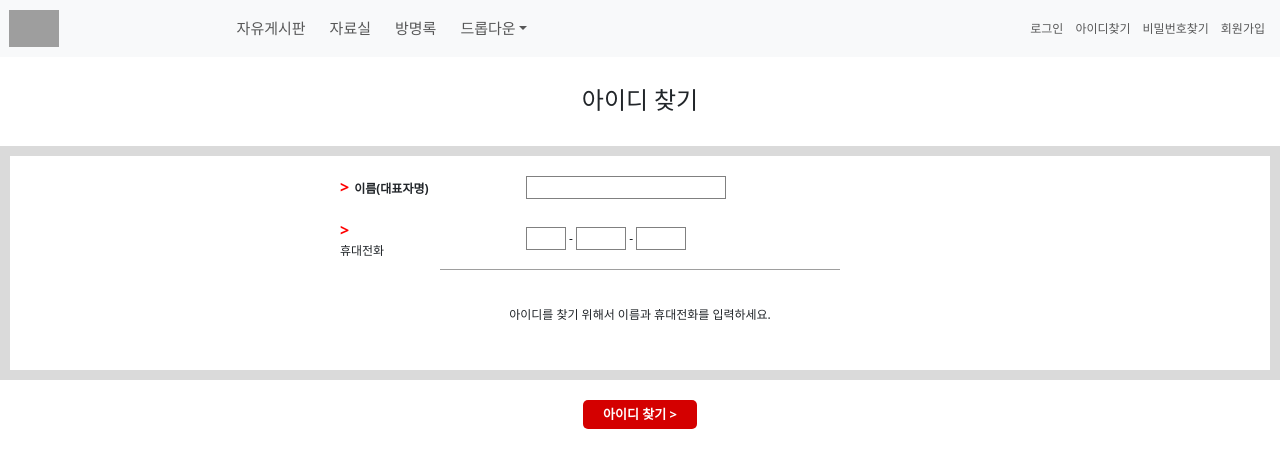
Repository: lim-eun-a/Project
Page: http://localhost/Project/06Session/IdForm.jsp
These files come from the project's save history. The page is drawn as it stood at one moment and after the next save; the edit follows.
The browser window is 1280 px wide. The pictures show the whole page.
Pictures or frames that could not be fetched are drawn as grey boxes. Some web libraries are served in a nearby version. The page is served by Tomcat 10. Other server files are loaded and not shown.

Above is the page before, as saved 2024-01-11 01:49:28.

### Project/src/main/webapp/06Session/IdForm.jsp
<%@ page language="java" contentType="text/html; charset=UTF-8"
    pageEncoding="UTF-8"%>
<link href="https://cdn.jsdelivr.net/npm/bootstrap@5.3.2/dist/css/bootstrap.min.css" rel="stylesheet">
<script src="https://cdn.jsdelivr.net/npm/bootstrap@5.3.2/dist/js/bootstrap.bundle.min.js"></script>
<link rel="stylesheet" href="http://cdn.jsdelivr.net/npm/bootstrap-icons@1.7.2/font/bootstrap-icons.css">
<!DOCTYPE html>
<html>
<head>
<meta charset="UTF-8">
<title>Insert title here</title>

<style>
	*{padding: 0;font-size: 12px;}
	h2{font-size: 25px;font-family: 굴림;}
	#AllWrap{margin:0 auto; text-align:center;}
	#RadioBox{margin:0 0 10px 0;text-align:left;}
	#IdBox{border:10px solid rgb(218, 218, 218);padding: 10px;}
	#InputTable{border:0px solid red; border-spacing: 0; border-collapse: collapse;}
	#InputTable th{text-align:left; padding: 10px;}
	#InputTable td{text-align:left; padding: 10px;}
	#InputTable input{border:1px solid gray;height: 23px;padding:0 0 0 3px;}
	#InputTable select{border:1px solid gray;height: 25px;padding: 4px;}
	#btn{
	    background-color: rgb(212, 0, 0);color: white;padding: 5px 20px;border:0;
	    font-size: 13px;font-weight: bold;border-radius: 5px;
	}
	.bullet{color: red;font-weight: bold;margin-right: 5px;font-size: 16px;}
</style>


</head>
<body>
	<jsp:include page="../Common/Link.jsp"/>
	<div style="margin-top:30px;"></div>
	<div id="AllWrap">
		<h2>아이디 찾기</h2>
		<div style="margin-top:30px;"></div>
	<div id="IdBox">
	<table align="center" id="InputTable" width="50%">
		<colgroup>
			<col width="30%" />
			<col width="70%" />
		</colgroup>
		<tr>
			<th><span class="bullet">&gt;</span><strong>이름(대표자명)</strong></th>
			<td>
				<input type="text" name="" style="width:200px;">
			</td>
		</tr>
		<tr>
			<th>
				<span class="bullet">&gt;</span>
				<option value="Phone" selected>휴대전화</option>
			</th>
			<td>
				<input type="text" name="" style="width:40px;"> -
				<input type="text" name="" style="width:50px;"> -
				<input type="text" name="" style="width:50px;">
			</td>
		</tr>
	</table>
	<div>
		<img src="./images/g_line.gif" width="400" height="1" border="0" />
		<br><br><br>
		아이디를 찾기 위해서 이름과 휴대전화를 입력하세요.
		<br><br><br>
	</div>
	</div>
	<div style="margin-top:20px;">
		<input type="button" value="아이디 찾기 &gt;" id="btn">
	</div>
	</div>
</body>
</html>

### Project/src/main/webapp/Common/Link.jsp
<%@ page language="java" contentType="text/html; charset=UTF-8"
    pageEncoding="UTF-8"%>
<link href="https://cdn.jsdelivr.net/npm/bootstrap@5.3.2/dist/css/bootstrap.min.css" rel="stylesheet">
<script src="https://cdn.jsdelivr.net/npm/bootstrap@5.3.2/dist/js/bootstrap.bundle.min.js"></script>
<link rel="stylesheet" href="http://cdn.jsdelivr.net/npm/bootstrap-icons@1.7.2/font/bootstrap-icons.css">
<!DOCTYPE html>
<html>
<head>
<meta charset="UTF-8">
<title>Insert title here</title>
</head>
<body>
	<nav class="navbar navbar-expand-sm bg-light navbar-light">
        <div class="container-fluid">
          <a class="navbar-brand" href="#">
            <img src="https://www.google.com/images/branding/googlelogo/1x/googlelogo_color_272x92dp.png" style="width:50px;">
          </a>

          <div class="collapse navbar-collapse justify-content-center" id="collapsibleNavbar">
            <ul class="navbar-nav">
              <li class="navbar-brand">
                <a class="nav-link" href="../09PagingBoard/List.jsp">자유게시판</a>
              </li>
              <li class="navbar-brand">
                <a class="nav-link" href="#">자료실</a>
              </li>
              <li class="navbar-brand">
                <a class="nav-link" href="#">방명록</a>
              </li>
              <li class="navbar-brand dropdown">
                <a class="nav-link dropdown-toggle" href="#" role="button" data-bs-toggle="dropdown">드롭다운</a>
                <ul class="dropdown-menu">
                  <li><a class="dropdown-item" href="#">SubMenu1</a></li>
                  <li><a class="dropdown-item" href="#">SubMenu2</a></li>
                  <li><a class="dropdown-item" href="#">SubMenu3</a></li>
                </ul>
              </li>
            </ul>
          </div>

          <div class="collapse navbar-collapse justify-content-end">
       		<ul class="navbar-nav text-xs text-gray-600">
         		<% if (session.getAttribute("UserId") == null) { %>
           		<li class="nav-item">
            		<a class="nav-link" href="../06Session/LoginForm.jsp">로그인</a>
      	   		</li>
      	   		<li class="nav-item">
           			<a class="nav-link" href="#">아이디찾기</a>
           		</li>
         		<li class="nav-item">
           			<a class="nav-link" href="#">비밀번호찾기</a>
         		</li>
         		<li class="nav-item">
           			<a class="nav-link" href="#">회원가입</a>
         		</li>
         		<% } else { %>
         		<li class="nav-item">
           			<a class="nav-link" href="../06Session/Logout.jsp">로그아웃</a>
           		</li>
           		<li class="nav-item">
           			<a class="nav-link" href="#">마이페이지</a>
         		</li>
         		<% } %>
       		</ul>
   		</div>
        </div>
    </nav>

</body>
</html>

After the next save:
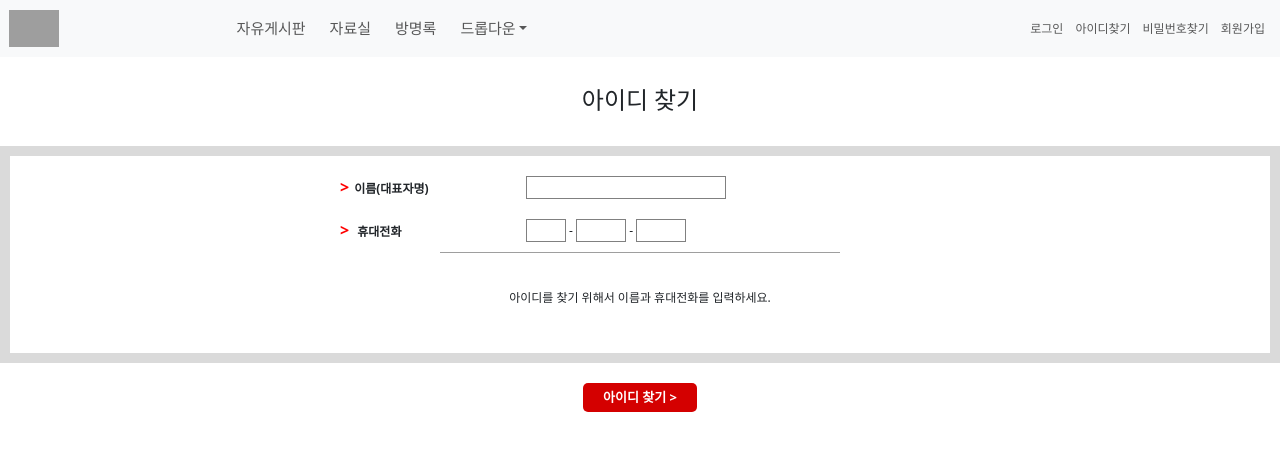
Saved 31 s later.
--- a/Project/src/main/webapp/06Session/IdForm.jsp
+++ b/Project/src/main/webapp/06Session/IdForm.jsp
@@ -50,7 +50,7 @@
 		<tr>
 			<th>
 				<span class="bullet">&gt;</span>
-				<option value="Phone" selected>휴대전화</option>
+				<strong>휴대전화</strong>
 			</th>
 			<td>
 				<input type="text" name="" style="width:40px;"> -
